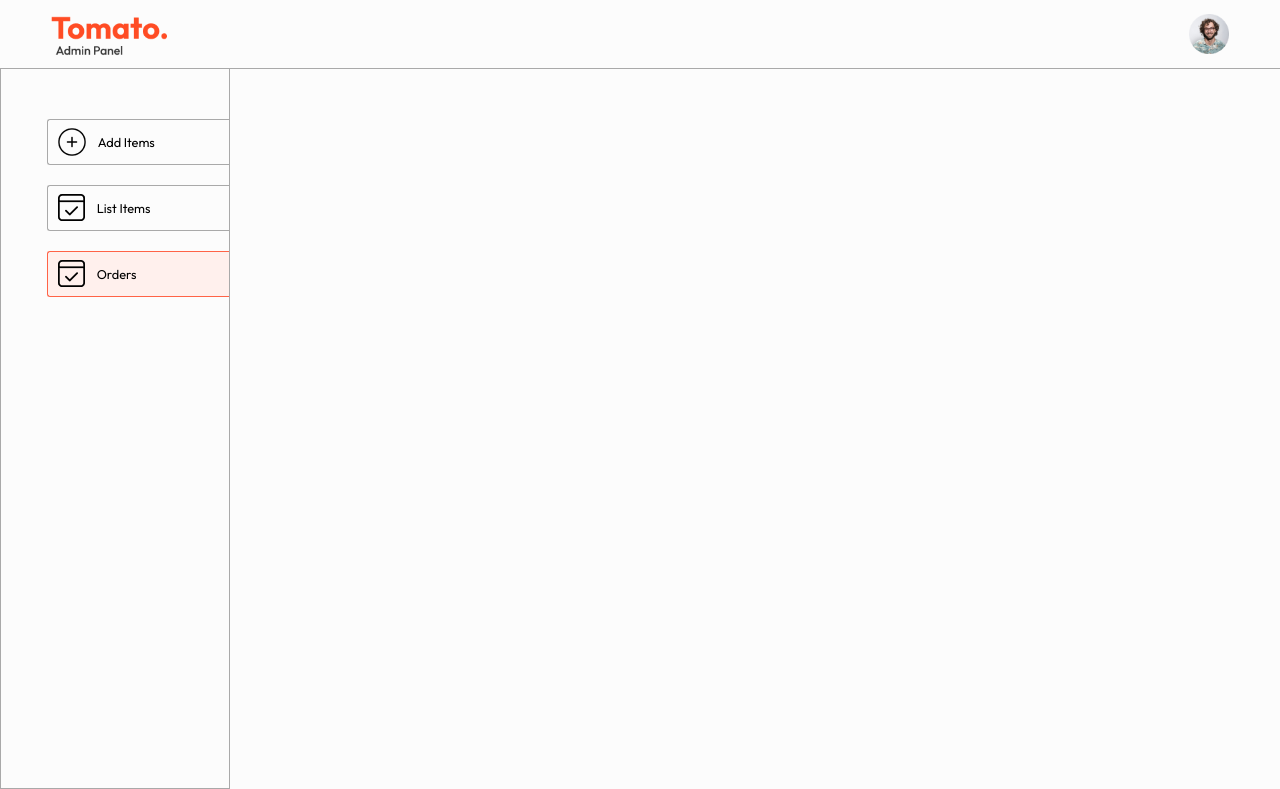
Repository: KartikChouhan03/food-delivery-app
Page: /orders (app in admin/)
The author's editor kept a copy of each file at every save. The page is drawn from the files as they stood at one save, then again after the next save.
The browser window is 1280 px wide. The pictures show the whole page.
The page's requests for data from a server got no answer. Some web fonts or font styles are not loaded; a fallback is used. The project was rebuilt for these pictures with package versions that can differ from the ones it lists, and the page was loaded fresh each time. No one was signed in, and anything a server would have sent is missing. Also part of the build but not shown: admin/vite.config.js, admin/src/pages/Add/Add.jsx, admin/src/pages/List/List.css, admin/src/pages/List/List.jsx, admin/src/pages/Orders/Orders.css.

Above is the page before, as saved 2025-08-21 00:25:02.

### admin/index.html
<!doctype html>
<html lang="en">
  <head>
    <meta charset="UTF-8" />
    <link rel="icon" type="image/svg+xml" href="" />
    <meta name="viewport" content="width=device-width, initial-scale=1.0" />
    <title>Foodify Admin</title>
  </head>
  <body>
    <div id="root"></div>
    <script type="module" src="/src/main.jsx"></script>
  </body>
</html>

### admin/src/main.jsx
import { StrictMode } from 'react'
import { createRoot } from 'react-dom/client'
import './index.css'
import App from './App.jsx'
import {BrowserRouter} from "react-router-dom"

createRoot(document.getElementById('root')).render(
  <BrowserRouter>
    <App/>
  </BrowserRouter>

)

### admin/src/index.css
@import url('https://fonts.googleapis.com/css2?family=Montserrat:ital,wght@0,100..900;1,100..900&family=Outfit:wght@100..900&family=Playfair+Display:ital,wght@0,400..900;1,400..900&display=swap');

*{
  padding: 0;
  margin: 0;
  box-sizing: border-box;
  font-family: Outfit;

}

body{
  min-height: 100vh;
  background-color: #fcfcfc;

}

a {
  text-decoration: none;
  color: inherit;
}

hr{
  border:none;
  height: 1px;
  background-color: #a9a9a9;
}

.app-content{
  display: flex;
}


.flex-col{
  display: flex;
  flex-direction: column;
  gap: 10px;
}

.cursor{
  cursor: pointer;
}

### admin/src/App.jsx
import React from 'react'
import Navbar from './components/Navbar/Navbar'
import Sidebar from './components/Sidebar.jsx/Sidebar'
import { Route, Routes } from 'react-router-dom'
import Add from './pages/Add/Add'
import List from './pages/List/List'
import Orders from './pages/Orders/Orders'
import { ToastContainer } from 'react-toastify';
import 'react-toastify/dist/ReactToastify.css'


const App = () => {

  const url ="http://localhost:4000"

  return (
    <div>
      <ToastContainer/>
      <Navbar/>
      <hr />
      <div className='app-content'>
        <Sidebar/>
        <Routes>
          <Route path='/add' element={<Add url={url}/>}/>
          <Route path='/list' element={<List url={url} />}/>
          <Route path='/orders' element={<Orders url={url}/>}/>
        </Routes>
      </div>
    </div>
  )
}

export default App

### admin/src/components/Navbar/Navbar.jsx
import React from 'react'
import './Navbar.css'
import {assets} from '../../assets/assets.js'

const Navbar = () => {
  return (
    <div className='navbar'>
      <img className='logo' src={assets.logo} alt="" />
      <img className="profile" src={assets.profile_image} alt="" />
    </div>
  )
}

export default Navbar

### admin/src/components/Sidebar.jsx/Sidebar.jsx
import React from 'react'
import './Sidebar.css'
import { assets } from '../../assets/assets'
import { NavLink } from 'react-router-dom'

const Sidebar = () => {
  return (
    <div className='sidebar'>
        <div className="sidebar-options">
            <NavLink to='/add' className="sidebar-option">
                <img src={assets.add_icon} alt="" />
                <p>Add Items</p>
            </NavLink>
            <NavLink to='/list' className="sidebar-option">
                <img src={assets.order_icon} alt="" />
                <p>List Items</p>
            </NavLink>
            <NavLink to='/orders' className="sidebar-option">
                <img src={assets.order_icon} alt="" />
                <p>Orders</p>
            </NavLink>
        </div>

    </div>
  )
}

export default Sidebar

### admin/src/pages/Orders/Orders.jsx
import React, { useEffect, useState } from 'react'
import './Orders.css'
import {toast} from "react-toastify"
import axios from "axios"

const Orders = ({url}) => {

  const [orders, setOrders] =useState([]);
  const fetchAllOrders = async () =>{
    const response = await axios.get(url+"/api/order/list");
    if(response.data.success){
      setOrders(response.data.data);
      console.log(response.data.data);
    }else{
      toast.error("Error")
    }
  }

  useEffect(()=>{
    fetchAllOrders();
  },[])

  return (
    <div>

    </div>
  )
}

export default Orders

### admin/src/components/Navbar/Navbar.css
.navbar{
    display: flex;
    justify-content: space-between;
    align-items: center;
    padding: 8px 4%;
}

.navbar .logo{
    width: max(10%, 90px);
}

.navbar .profile{
    width: 40px;
}

### admin/src/components/Sidebar.jsx/Sidebar.css
.sidebar{
    width: 18%;
    min-height: 100vh;
    border: 1.5px solid #a9a9a9;
    border-top:0 ;
    font-size: max(1vw,10px);
}

.sidebar-options{
    padding-top: 50px ;
    padding-left: 20%;
    display: flex;
    flex-direction: column;
    gap: 20px;
}

.sidebar-option{
    display:flex;
    align-items: center;
    gap: 12px;
    border: 1px solid #a9a9a9;
    border-right: 0;
    padding: 8px 10px ;
    border-radius: 3px 0px 0px 3px;
    cursor: pointer;
}

.sidebar-option.active{
    background-color: #fff0ed;
    border-color: tomato;
}

@media (max-width:900px) {
    .sidebar-option p{
        display: none;
    }
}

### admin/src/pages/Add/Add.css
.add{
    width: 70%;
    margin-left: max(5vw,25px);
    margin-top: 50px;
    color: #6d6d6d;
    font-size:16px ;
}

.add form{
    gap:  20px;

}

.add-img-upload img{
    width: 120px;
}

.add-product-name, .add-product-description{
    width: max(40%,280px);
}

.add-product-name input , .add-product-description textarea{
    padding: 10px;
}

.add-category-price{
    display: flex;
    gap: 30px;
}

.add-category-price select, .add-category-price input{
    max-width: 120px;
    padding: 10px;
}

.add-btn{
    max-width: 120px;
    border:none ;
    padding: 10px;
    background-color: black;
    color: white;
    cursor: pointer;
}

Loaded but not shown: admin/src/assets/assets.js (common file)

After the next save:
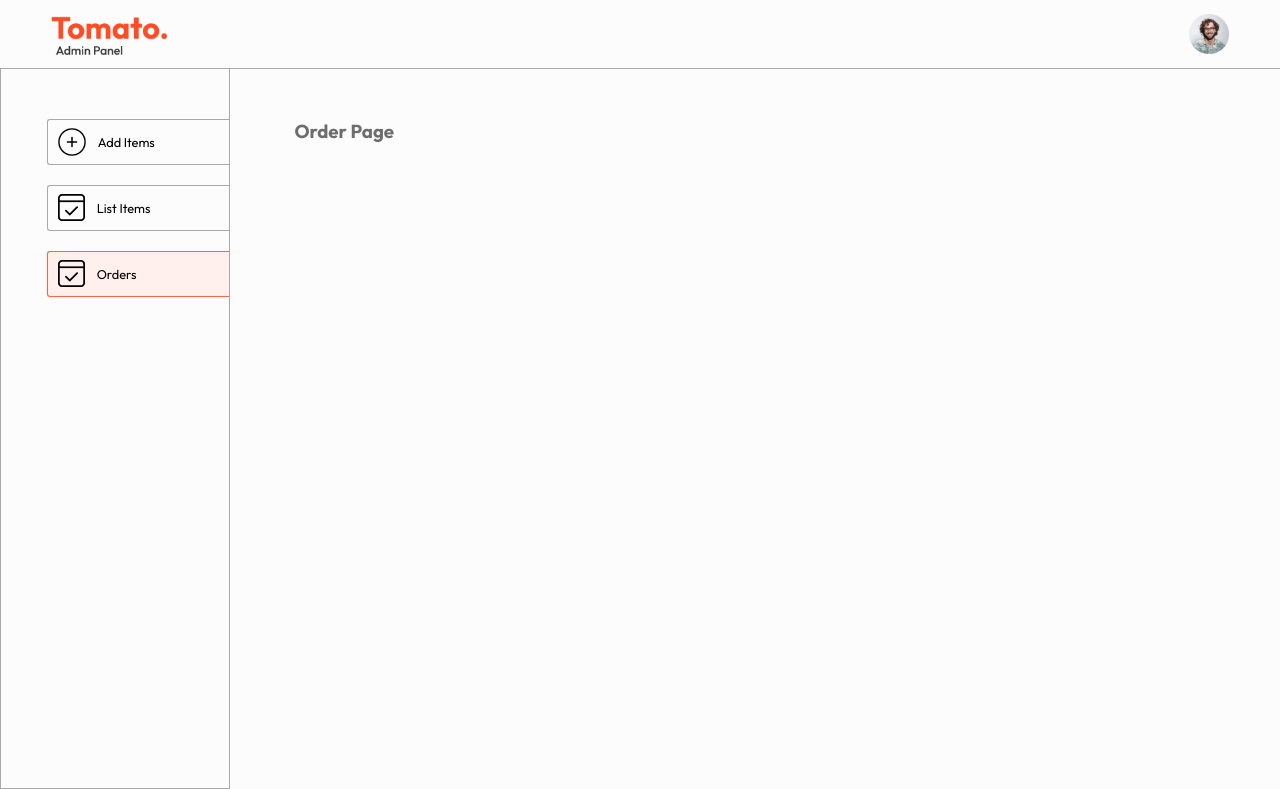
Saved 5 min 56 s later.
--- a/admin/src/pages/Orders/Orders.jsx
+++ b/admin/src/pages/Orders/Orders.jsx
@@ -2,6 +2,8 @@ import React, { useEffect, useState } from 'react'
 import './Orders.css'
 import {toast} from "react-toastify"
 import axios from "axios"
+import { assets } from '../../assets/assets.js'
+
 
 const Orders = ({url}) => {
 
@@ -21,7 +23,27 @@ const Orders = ({url}) => {
   },[])
 
   return (
-    <div>
+    <div className='order add'>
+      <h3>Order Page</h3>
+      <div className="order-list">
+        {orders.map((order,index)=>(
+          <div key={index} className="order-item">
+            <img src={assets.parcel_icon} alt="" />
+            <div>
+              <p className='order-item-food'>
+                {order.items.map((item,index)=>{
+                  if(index===order.items.length-1){
+                    return item.name +" x " + item.quantity
+                  }
+                  else{
+                    return item.name + " x " + item.quantity + ", "
+                  }
+                })}
+              </p>
+            </div>
+          </div>
+        ))}
+      </div>
 
     </div>
   )
